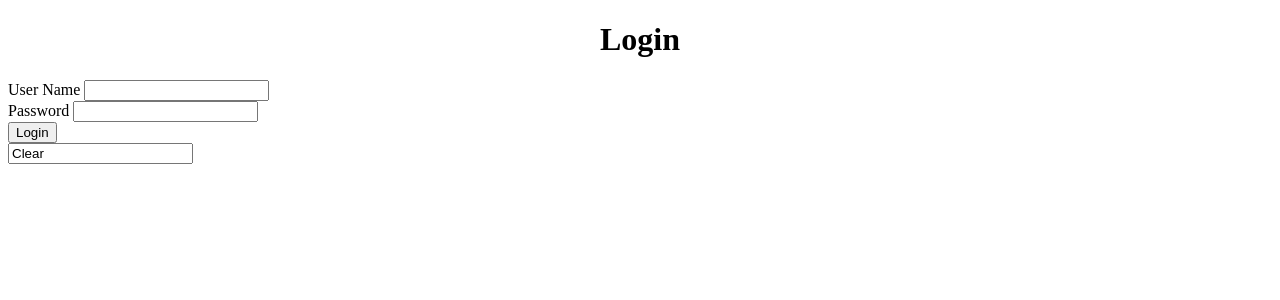
Repository: ramakrishnan1997/ram_javatraining
Page: http://localhost/AdminPortal/Login.jsp
These files come from the project's save history. The page is drawn as it stood at one moment and after the next save; the edit follows.
The browser window is 1280 px wide. The pictures show the whole page.
The page is served by Tomcat 9.

Above is the page before, as saved 2022-07-01 06:38:48.

After the next save:
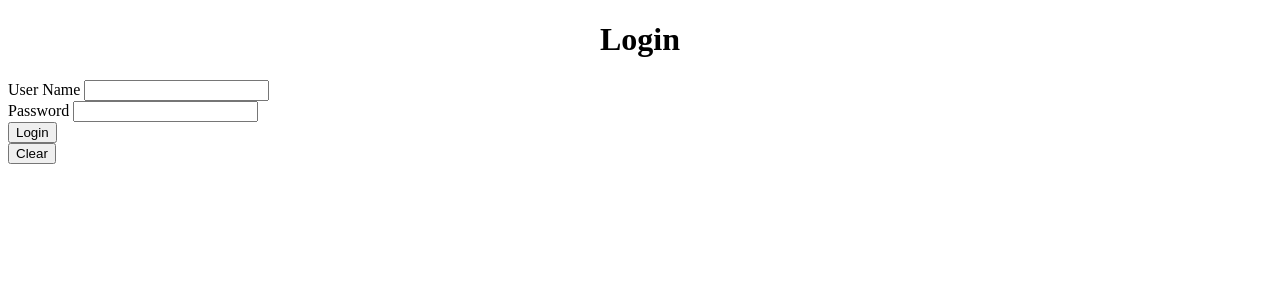
Saved 23 s later.
--- a/AdminPortal/src/main/webapp/Login.jsp
+++ b/AdminPortal/src/main/webapp/Login.jsp
@@ -13,6 +13,6 @@
 <div><label>Password</label> <input type="password" name="password"></div>
 <div><input type="submit" value="Login"></div>
 </form>
-<div><input type="clear" value="Clear"></div>
+<div><input type="button" value="Clear"></div>
 </body>
 </html>
